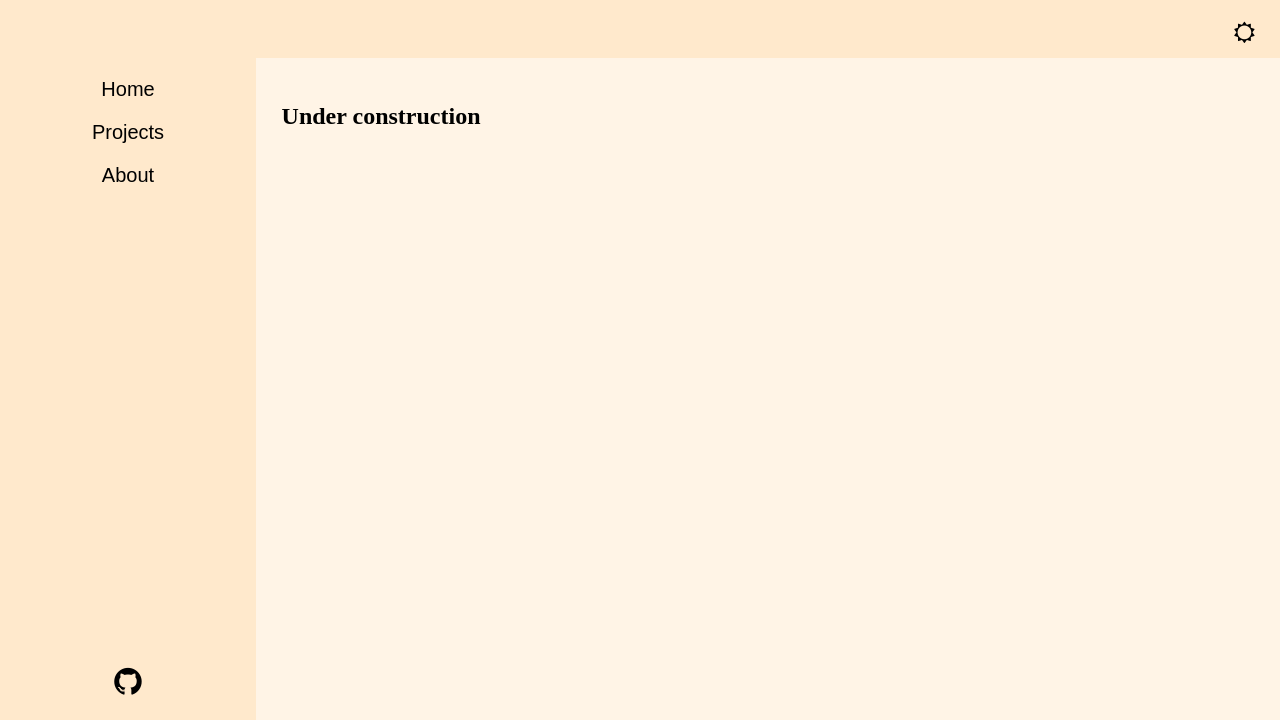
Repository: josephinel6/josephinel6.github.io
Page: index.html
These files come from the project's save history. The page is drawn as it stood at one moment and after a run of saves; the edit follows.
The browser window is 1280 px wide. The pictures show the whole page.

Above is the page before, as saved 2023-04-06 12:36:40.

### index.html
<!DOCTYPE html>
<html>
<zero-md>
    <template data-merge="append">
        <style>
            p {
                color: var(--color-gen-text) !important;
            }
        </style>
    </template>
</zero-md>

<head>
    <style>
        :root.light {
            --color-bg: #ffe9cc;
            --color-menu-text: black;
            --color-page-bg: #fff4e6;
            --color-obj-bg: lemonchiffon;
            --color-title-text: black;
            --color-gen-text: black;
            --color-menu-hover: darkgrey;
            --color-title-hover: darkgrey;
        }

        :root.dark {
            --color-bg: #212121;
            --color-menu-text: #D3D3D3;
            --color-page-bg: #333333;
            --color-obj-bg: #403f3f;
            --color-title-text: #D3D3D3;
            --color-gen-text: white;
            --color-menu-hover: grey;
            --color-title-hover: grey;
        }

        /* :root {
            --color-bg: black;
        } */

        html,
        body {
            height: 100%;
            width: 100%;
            overflow-x: hidden;

            margin: 0;
            position: relative;
            /* border-color: blue;
            border-radius: 10px;
            border-style: solid; */
            padding: 0;
        }

        #menu {
            height: 100%;
            width: 20%;
            position: absolute;
            z-index: 1;
            top: 0;
            bottom: 0;
            background-color: var(--color-bg);
        }

        #topbar {
            width: 100%;
            height: 8%;
            background-color: var(--color-bg);
            position: absolute;
        }

        .menutext {
            color: var(--color-menu-text);
            font-family: sans-serif;
            font-size: 20px;
        }

        .menutext:hover {
            cursor: pointer;
            color: var(--color-menu-hover);
        }

        .fa-github {
            color: var(--color-menu-text);
        }

        .fa-github:hover {
            color: var(--color-menu-hover);
        }

        .div.markdown-body {
            color: var(--color-gen-text) !important;
        }

        #window {
            background-color: var(--color-page-bg);
            position: absolute;
            height: 92%;
            overflow: hidden;
            width: 80%;
            right: 0;
            bottom: 0;
        }

        .markdownpg {
            color: white !important;
        }

        .tabcontent {
            height: 100%;
            width: 100%;
            position: absolute;
            overflow-y: scroll;
            margin-top: 2.5%;
            margin-left: 2.5%;
        }

        .projectbutton {
            /* height: 175px; */
            width: 95%;
            position: absolute;
            background-color: var(--color-obj-bg);
            border-radius: 10px;
            font-family: sans-serif;
            font-size: 30px;
        }

        .projectbutton:hover {
            cursor: pointer;
        }

        .projectbutton:hover>.projectbuttontitle {
            color: var(--color-title-hover);
        }

        .projectbutton:hover>.projectbuttondesc {
            color: var(--color-title-hover);
        }

        .projectbuttontitle {
            margin-left: 3%;
            margin-top: 3%;
            margin-bottom: -1.5%;
            color: var(--color-title-text);
        }

        #day-night {
            color: var(--color-menu-text);
            z-index: 2;
            position: absolute;
            top: 25px;
            right: 25px;
        }

        .projectbuttondesc {
            font-family: sans-serif;
            font-size: 20px;
            margin: 3%;
            color: var(--color-gen-text);
        }

        #day-night:hover {
            cursor: pointer;
            color: var(--color-menu-hover)
        }

        /* .fa-2x {
            height: 20px !important;
        } */
    </style>
    <link rel="stylesheet" href="https://cdnjs.cloudflare.com/ajax/libs/font-awesome/4.7.0/css/font-awesome.min.css">
    <script type="module" src="https://cdn.jsdelivr.net/gh/zerodevx/zero-md@2/dist/zero-md.min.js"></script>
    <script type="module" src="https://md-block.verou.me/md-block.js"></script>
</head>

<body>
    <div id="menu">
        <div style="position:absolute; top: 8%; width: 100%; text-align: center;">

            <p class="menutext" onclick="openpage('homepage')"> Home </p>
            <p class="menutext" onclick="openpage('projectbuttons')"> Projects </p>
            <p class="menutext" onclick="openpage('aboutpage')"> About </p>

        </div>

        <div style="position:absolute; bottom:3%; width: 100%; text-align: center;">
            <a href="https://github.com/josephinel6" class="fa fa-github fa-2x" style="text-decoration: none;"></a>
        </div>
    </div>
    <div id="topbar">
        <i onclick="daynight()" class="fa fa-sun-o fa-lg" id="day-night"></i>
    </div>
    <div id="window">
        <div id="homepage" class="tabcontent">
            <h2> Under construction </h2>
        </div>
        <div id="projectbuttons" class="tabcontent">
            <div class="projectbutton" onclick="openpage('weatherAPI')">
                <h2 class="projectbuttontitle"> Weather API </h2>
                <p class="projectbuttondesc"> My first project with APIs. </p>
            </div>
        </div>
        <zero-md src="https://josephinel6.github.io/weatherAPI.md" class="tabcontent markdownpg"
            id="weatherAPI"></zero-md>
        <div class="tabcontent" id="aboutpage">
            <zero-md src="https://josephinel6.github.io/about.md" class="markdownpg"></zero-md>
        </div>
        <script>
            var night;

            tabcontent = document.getElementsByClassName("tabcontent");
            for (i = 0; i < tabcontent.length; i++) {
                tabcontent[i].style.display = "none";
            }

            window.onload = function () {
                var night = false;
                document.documentElement.classList.remove("dark")
                document.documentElement.classList.add("light")
                window.localStorage.setItem('mode', 'light');
                // var night = true;
                // document.documentElement.classList.remove("light")
                // document.documentElement.classList.add("dark")
                // window.localStorage.setItem('mode', 'dark');
                console.log("dark")
                document.getElementById("homepage").style.display = "block";
            }

            function openpage(pageName) {
                var i, tabcontent, tablinks;
                tabcontent = document.getElementsByClassName("tabcontent");
                for (i = 0; i < tabcontent.length; i++) {
                    tabcontent[i].style.display = "none";
                }
                tablinks = document.getElementsByClassName("tablink");
                for (i = 0; i < tablinks.length; i++) {
                    tablinks[i].style.backgroundColor = "";
                }
                document.getElementById(pageName).style.display = "block";

                document.body.scrollTop = 0;
                document.documentElement.scrollTop = 0;
            }

            function daynight() {
                var daynight = document.getElementById("day-night");
                if (night == true) {
                    daynight.classList.remove("fa-sun-o");
                    daynight.classList.add("fa-moon-o");
                    night = false;
                    document.documentElement.classList.remove("dark")
                    document.documentElement.classList.add("light")
                    window.localStorage.setItem('mode', 'light');
                }
                else {
                    daynight.classList.remove("fa-moon-o");
                    daynight.classList.add("fa-sun-o");
                    night = true;
                    document.documentElement.classList.remove("light")
                    document.documentElement.classList.add("dark")
                    window.localStorage.setItem('mode', 'dark');
                }
            }
        </script>

</body>

</html>

After the next 2 saves:
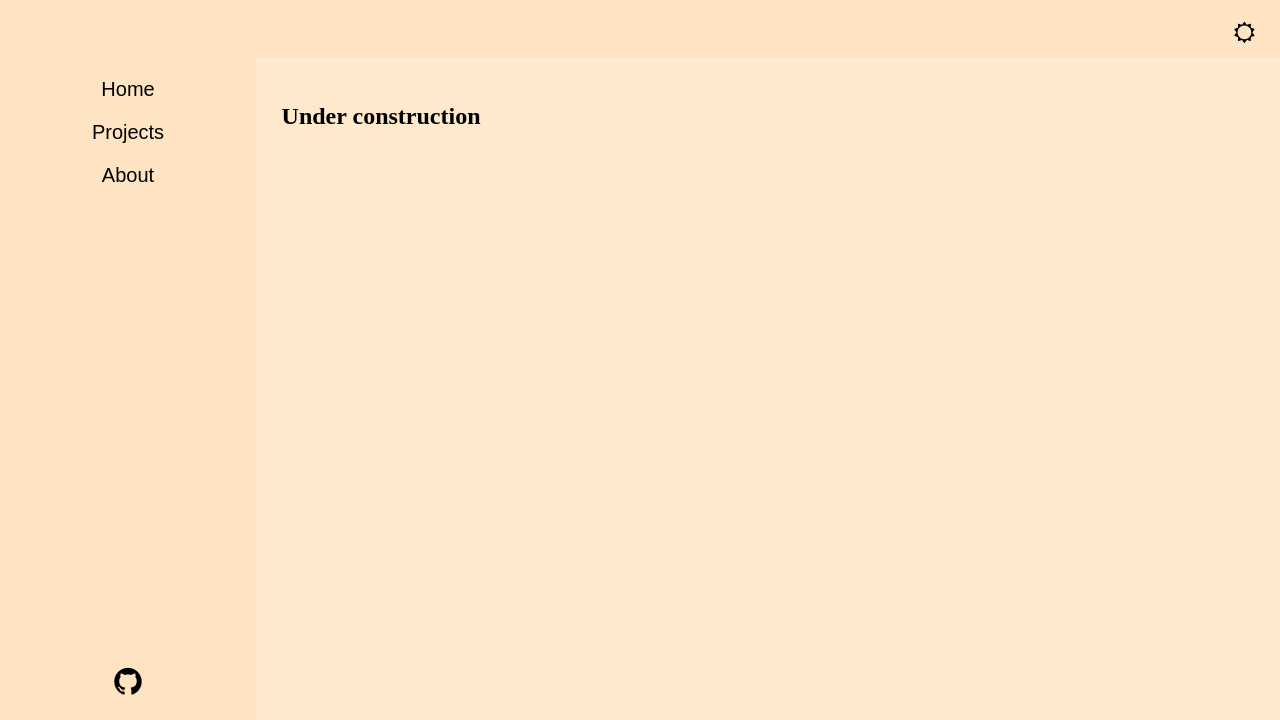
The 2 saves are shown as one change because they came seconds apart.
The last was saved 8 s later.
--- a/index.html
+++ b/index.html
@@ -13,9 +13,9 @@
 <head>
     <style>
         :root.light {
-            --color-bg: #ffe9cc;
+            --color-bg: bisque;
             --color-menu-text: black;
-            --color-page-bg: #fff4e6;
+            --color-page-bg: #ffe9cc;
             --color-obj-bg: lemonchiffon;
             --color-title-text: black;
             --color-gen-text: black;

After the save that followed:
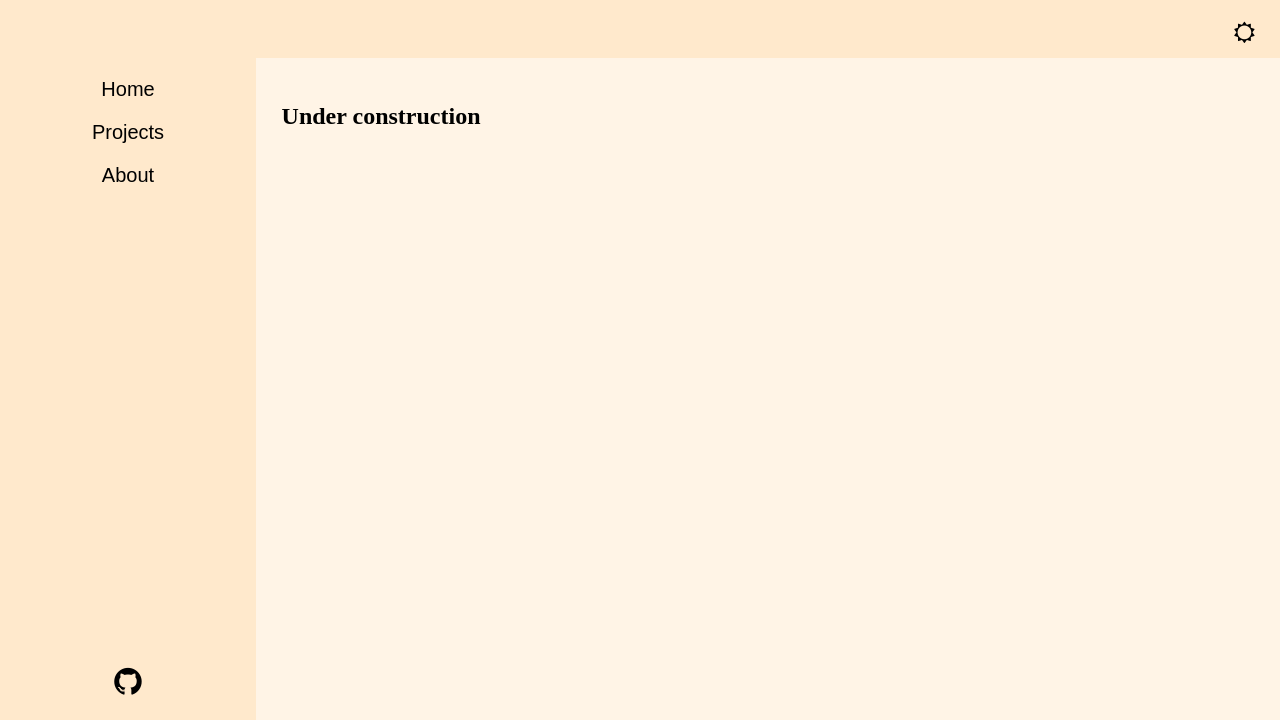
Saved 6 s later.
--- a/index.html
+++ b/index.html
@@ -13,9 +13,9 @@
 <head>
     <style>
         :root.light {
-            --color-bg: bisque;
+            --color-bg: #ffe9cc;
             --color-menu-text: black;
-            --color-page-bg: #ffe9cc;
+            --color-page-bg: #fff4e6;
             --color-obj-bg: lemonchiffon;
             --color-title-text: black;
             --color-gen-text: black;
